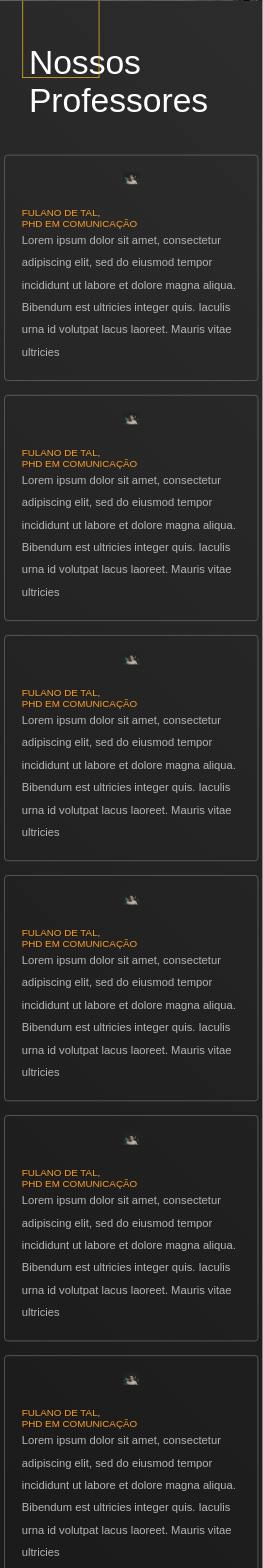
Repository: Rafael-Araujo-dev/Treinamento-Raccoon
Page: Projeto-2/index.html
The author's editor kept a copy of each file at every save. The page is drawn from the files as they stood at one save, then again after a run of saves.
The browser window is 375 px wide. The pictures show the part of the page from y = 3993 to 6233 px (the page is 6252 px tall before and 7322 px after), at 70% of full size.
Backgrounds fixed to the window are drawn as part of the page. Some web fonts or font styles are not loaded; a fallback is used.

Above is the page before, as saved 2021-09-23 16:55:04.

After the next 2 saves:
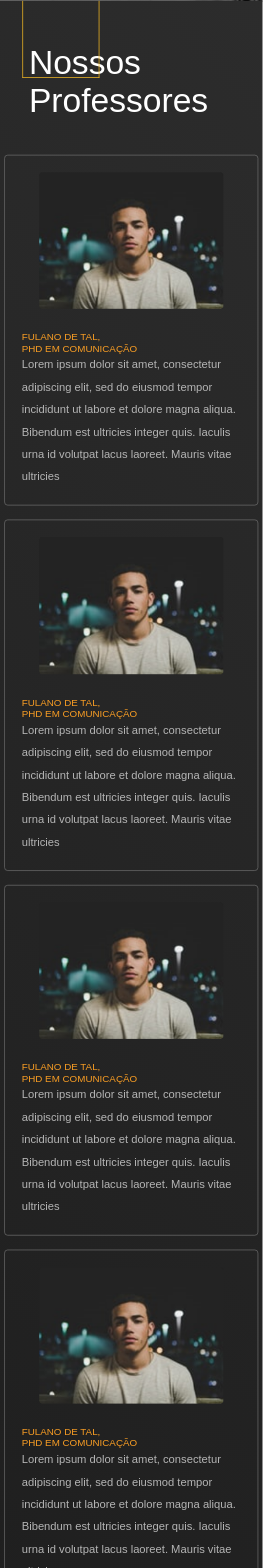
The 2 saves are shown as one change because they came seconds apart.
The last was saved 7 s later.
--- a/Projeto-2/css/style.css
+++ b/Projeto-2/css/style.css
@@ -735,7 +735,7 @@
 
 @media(max-width: 450px) {
     .our-teachers .card-image img {
-        max-width: 23px !important;
+        max-width: 263px;
     }
 
     .our-teachers .card-container {
